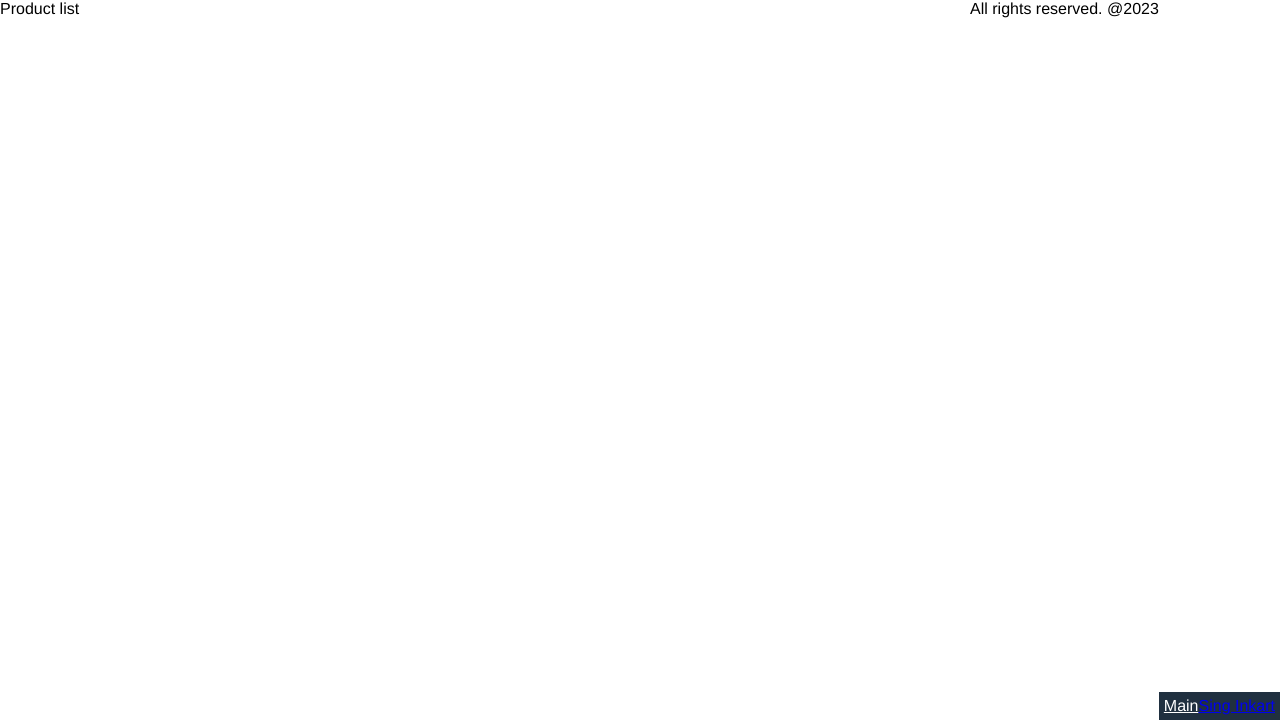
Repository: mvbri/Javascript-ecommerce
Page: frontend/src/index.html
These files come from the project's save history. The page is drawn as it stood at one moment and after the next save; the edit follows.
The browser window is 1280 px wide. The pictures show the whole page.

Above is the page before, as saved 2023-07-02 18:51:38.

After the next save:
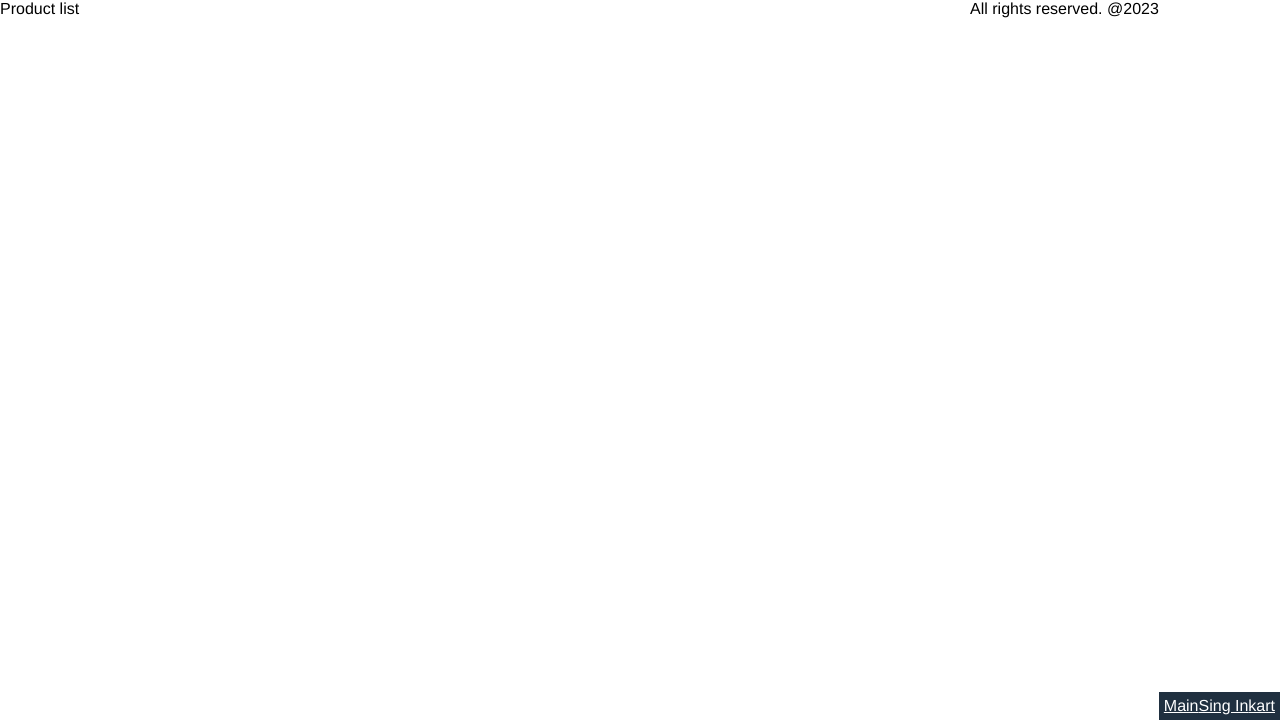
Saved 10 s later.
--- a/frontend/src/index.html
+++ b/frontend/src/index.html
@@ -14,10 +14,10 @@
 					<a class="link" href="/#/">Main</a>
 				</div>
 				<div>
-					<a href="/#/singin">Sing In</a>
+					<a class="link" href="/#/singin">Sing In</a>
 				</div>
 				<div>
-					<a href="/#/kart">kart</a>
+					<a class="link" href="/#/kart">kart</a>
 				</div>
 			</header>
 			<main>Product list</main>
